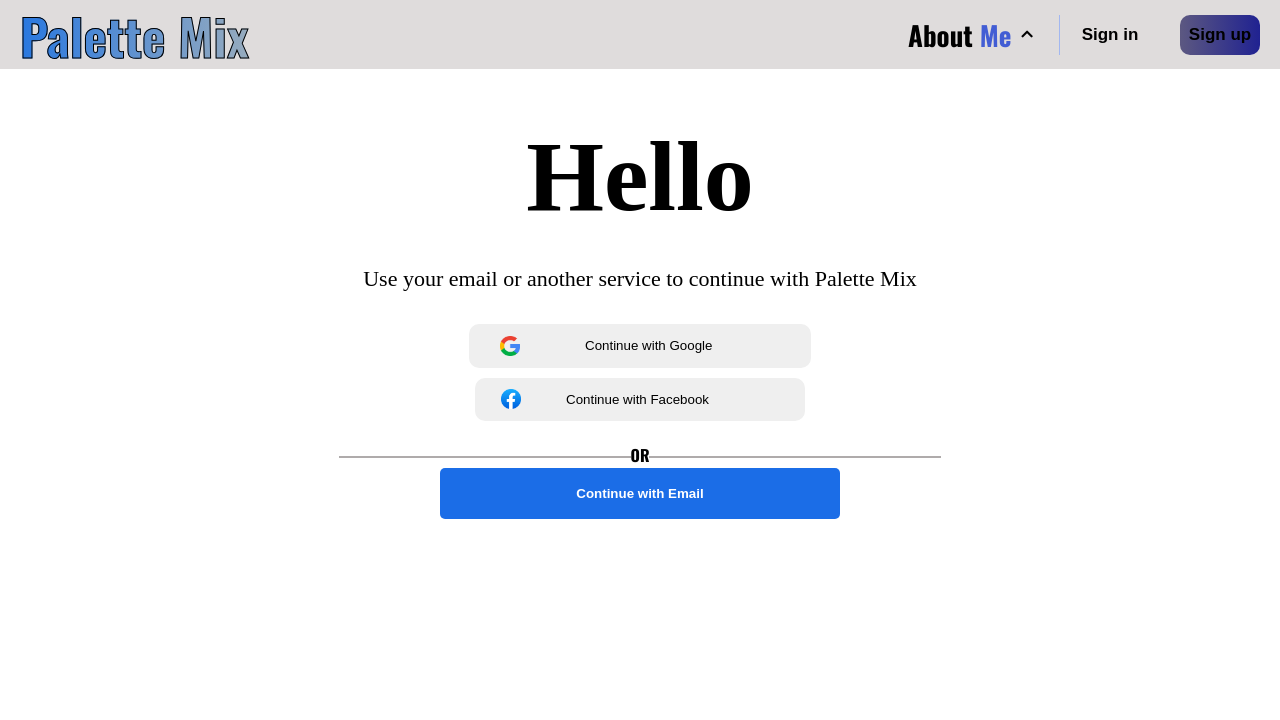
Repository: dmpelaez/Login-Signup-form
Page: Color/colorHeader.html
An editor plug-in stored every save of this project. The page is shown before and after the next save, followed by the edit.
The browser window is 1280 px wide. The pictures show the window.
A layer covers the whole window, so only the first screen is drawn. Some web libraries are served in a nearby version.

Above is the page before, as saved 2025-12-13 07:59:10.

After the next save:
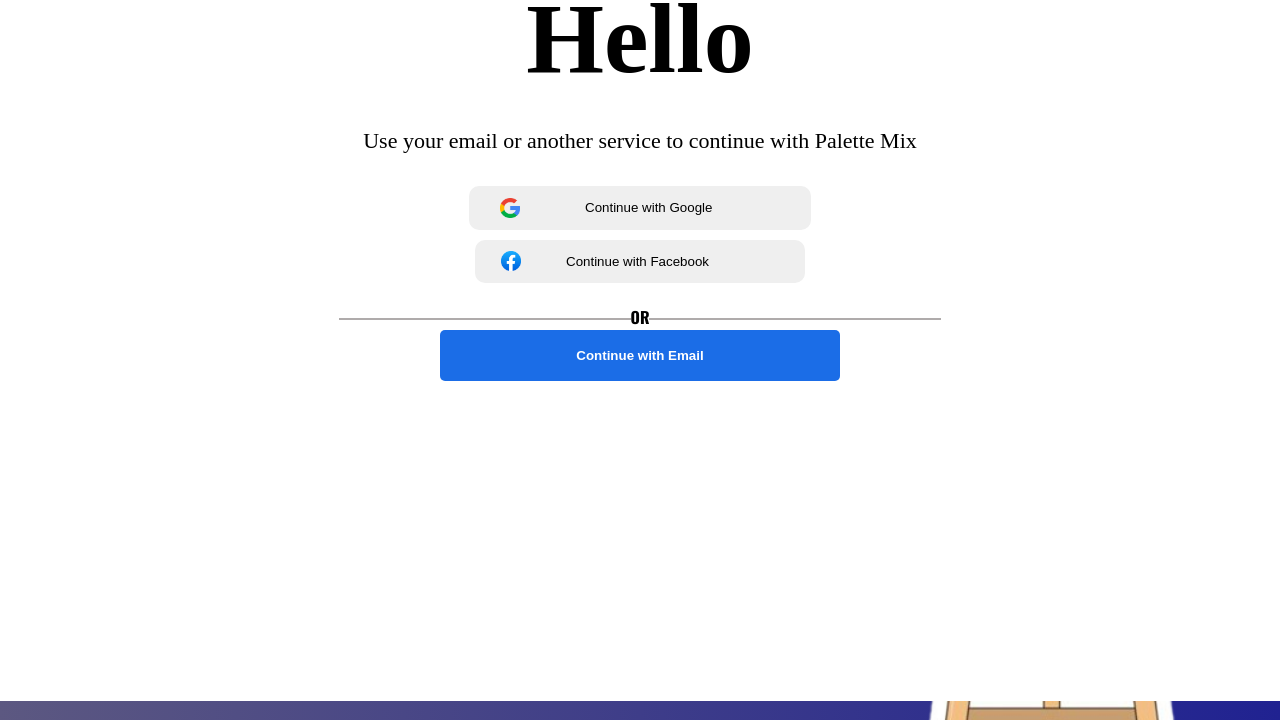
Saved 28 s later.
--- a/Color/colorMain.css
+++ b/Color/colorMain.css
@@ -666,7 +666,7 @@
 
 .signinPage {
   position: absolute;
-  top: 100%;
+  top: -100%;
   height: 100vh;
   left: 0;
   right: 0;

After the save that followed:
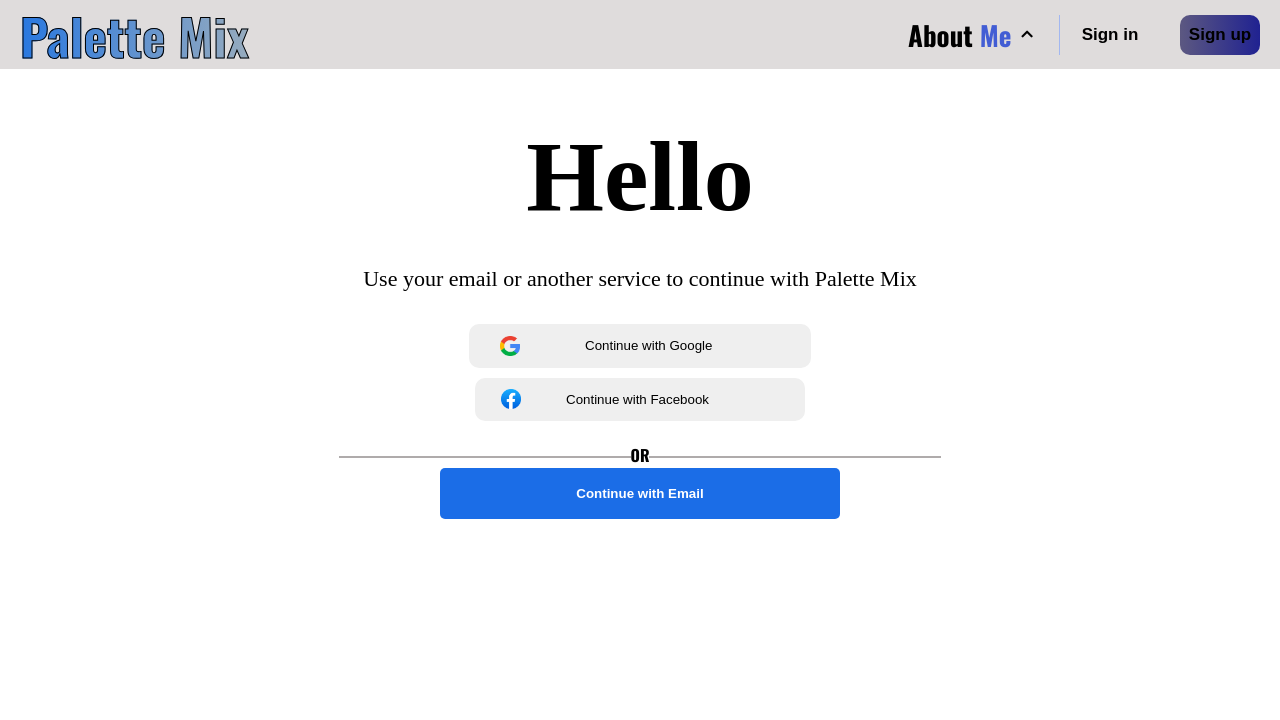
Saved 25 s later.
--- a/Color/colorMain.css
+++ b/Color/colorMain.css
@@ -666,7 +666,7 @@
 
 .signinPage {
   position: absolute;
-  top: -100%;
+  top: 100%;
   height: 100vh;
   left: 0;
   right: 0;
